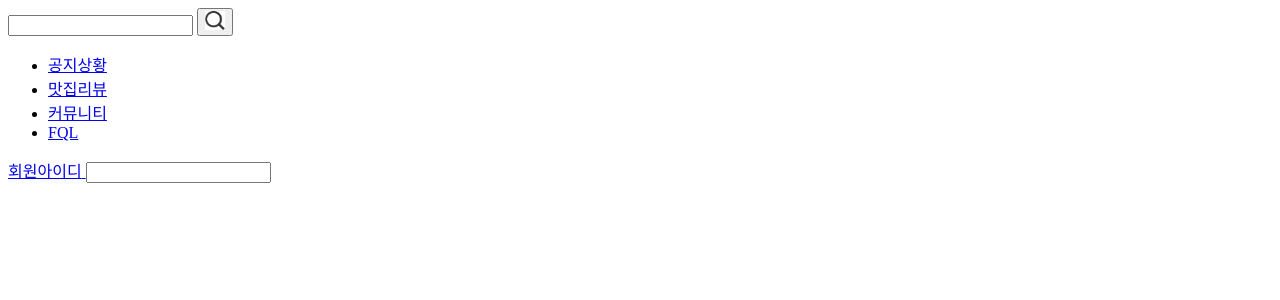
Repository: cally91/VegetLife
Page: http://localhost/VegetLife/
An editor plug-in stored every save of this project. The page is shown before and after the next save, followed by the edit.
The browser window is 1280 px wide. The pictures show the whole page.
The page is served by Tomcat 9.

Above is the page before, as saved 2019-07-10 03:39:07.

After the next save:
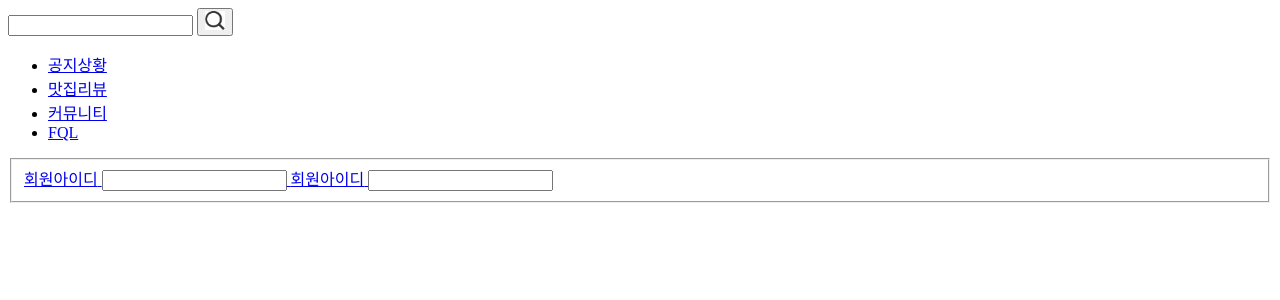
Saved 68 s later.
--- a/VegetLife/src/main/webapp/WEB-INF/views/home.jsp
+++ b/VegetLife/src/main/webapp/WEB-INF/views/home.jsp
@@ -19,9 +19,11 @@
 		<li><a href="#">커뮤니티</li>
 		<li><a href="#">FQL</li>
 	</ul>
-
-	<label for="m_name">회원아이디</label>
-	<input type="text"name="m_name"id="m_name">
-
+	<fieldset>
+	<label for="m_userid">회원아이디</label>
+	<input type="text"name="m_userid"id="m_userid">
+	<label for="m_password">회원아이디</label>
+	<input type="password"name="password"id="password">
+	</fieldset>
 </body>
 </html>
